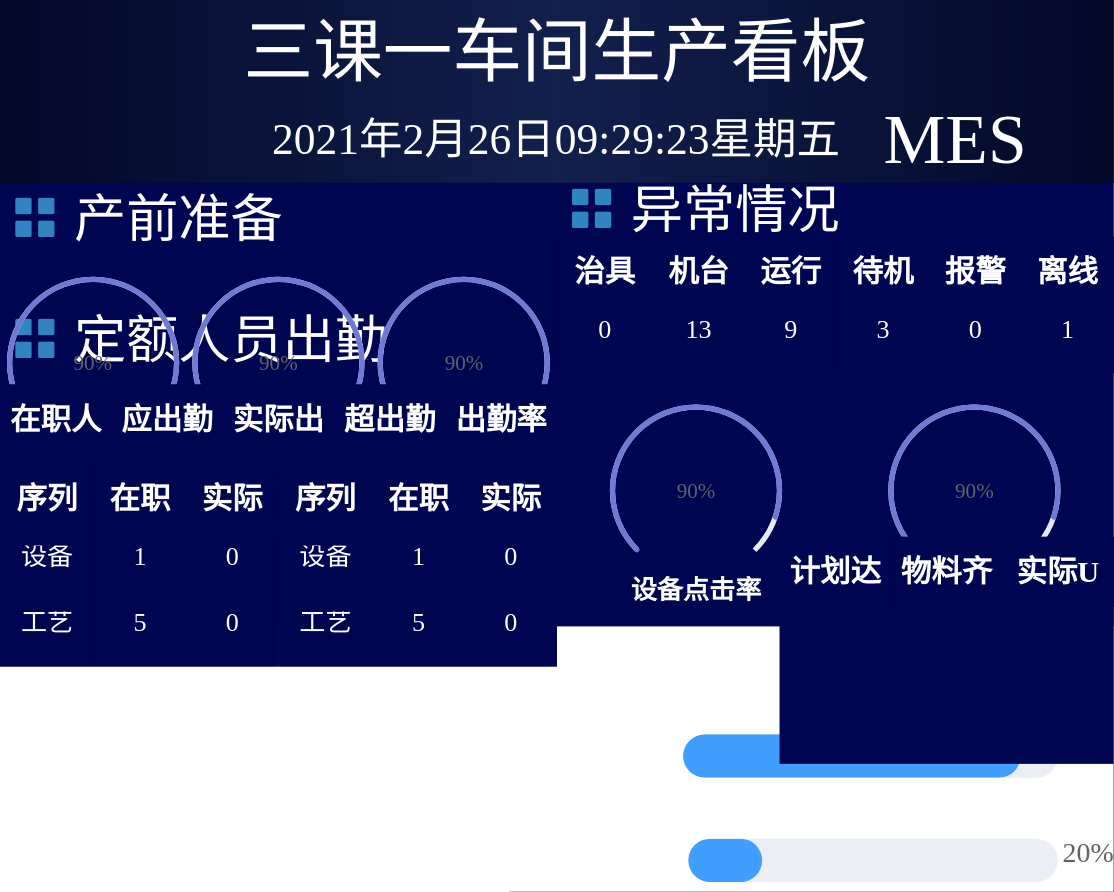
Repository: Bimbaloo/pv-view
Page: a.html
An editor plug-in stored every save of this project. The page is shown before and after the next save, followed by the edit.
The browser window is 1280 px wide. The pictures show the whole page, at 87% of full size.

Above is the page before, as saved 2021-05-14 15:51:53.
Console error: ReferenceError: echarts is not defined

After the next save:
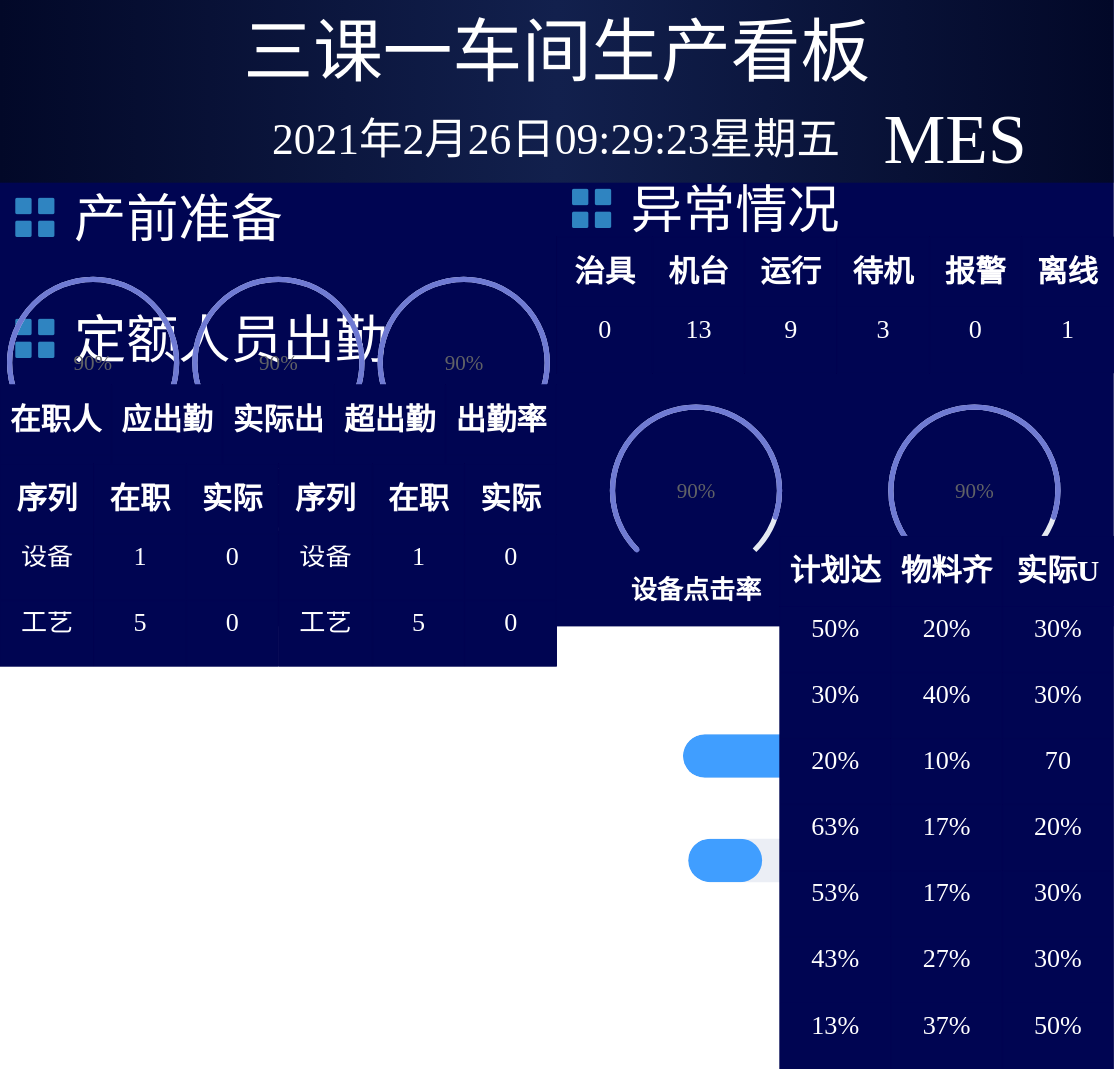
Saved 55 s later.
--- a/base.js
+++ b/base.js
@@ -187,7 +187,7 @@ var Main = new Vue({
       })
         .then((response) => {
           console.log(response);
-          this.tableData.data5 = response.data
+          this.tableData.data5 = response.data.data
         })
         .catch((error) => {
           console.log(error);
